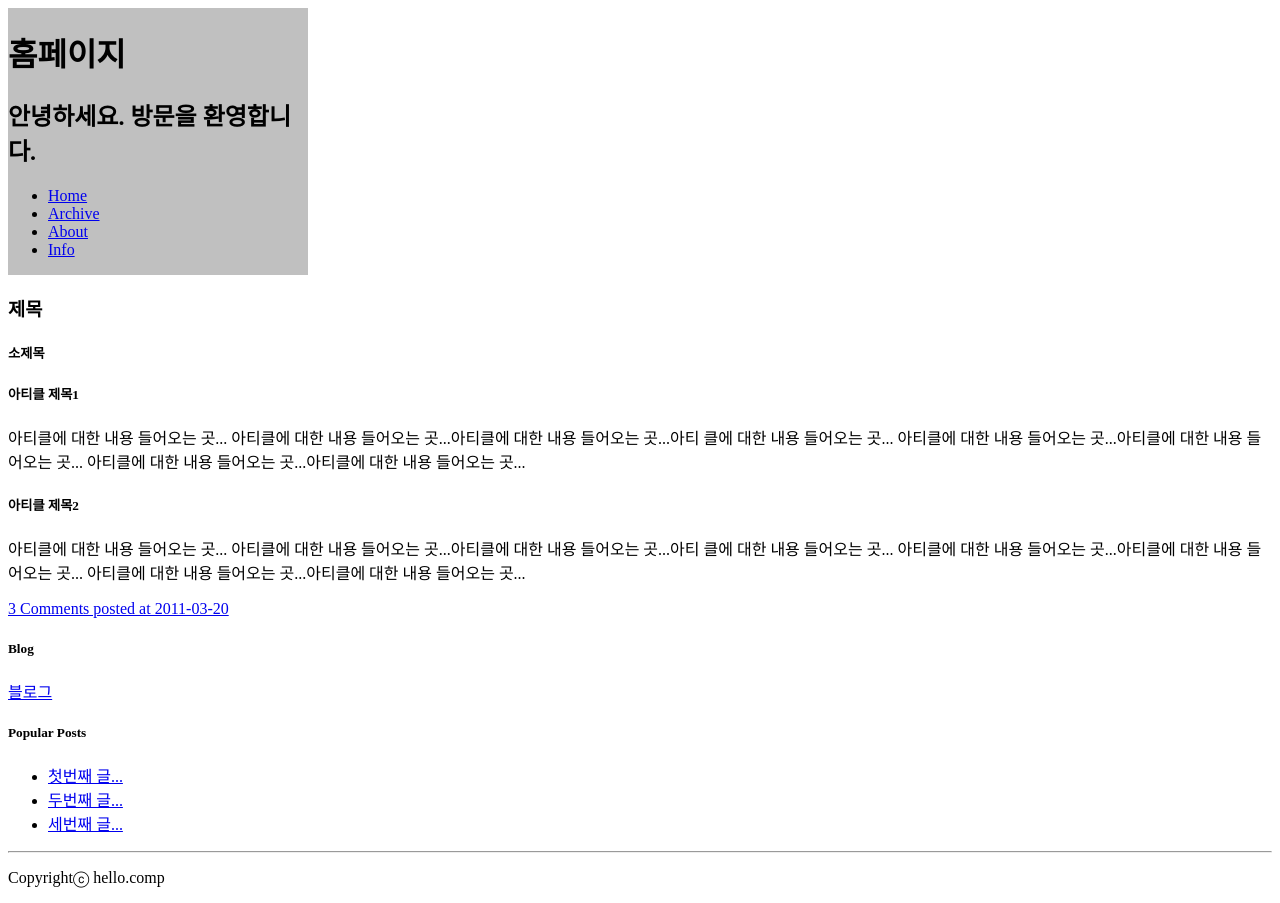
Repository: harin1212/PDA-frontend
Page: 김하린_0728_2/hw2.html
An editor plug-in stored every save of this project. The page is shown before and after the next save, followed by the edit.
The browser window is 1280 px wide. The pictures show the whole page.

Above is the page before, as saved 2023-07-28 17:06:27.

### 김하린_0728_2/hw2.html
<!DOCTYPE html>
<html lang="en">
<head>
    <meta charset="UTF-8">
    <meta name="viewport" content="width=device-width, initial-scale=1.0">
    <link rel="stylesheet" href="style/hw2.css">
    <title>HW2</title>
    <style>
        div.line{
            width: 200px;
            height: 10px;
            background-color: rgb(117, 107, 107);
        }
    </style>
</head>
<body>
    <header>
        <h1>홈페이지</h1>
        <h2>안녕하세요. 방문을 환영합니다.</h2>
        <nav>
            <ul>
                <li><a href="#">Home</a></li>
                <li><a href="#">Archive</a></li>
                <li><a href="#">About</a></li>
                <li><a href="#">Info</a></li>
            </ul>
        </nav>
    </header>

    <div>
        <h3>제목</h3>
        <h5>소제목</h5>

        <article>
            <section>
                <h5>아티클 제목1</h5>
                <p>아티클에 대한 내용 들어오는 곳...
                    아티클에 대한 내용 들어오는 곳...아티클에 대한 내용 들어오는 곳...아티
                    클에 대한 내용 들어오는 곳...
                    아티클에 대한 내용 들어오는 곳...아티클에 대한 내용 들어오는 곳...
                    아티클에 대한 내용 들어오는 곳...아티클에 대한 내용 들어오는 곳...
                </p>
            </section>
            <section>
                <h5>아티클 제목2</h5>
                <p>아티클에 대한 내용 들어오는 곳...
                    아티클에 대한 내용 들어오는 곳...아티클에 대한 내용 들어오는 곳...아티
                    클에 대한 내용 들어오는 곳...
                    아티클에 대한 내용 들어오는 곳...아티클에 대한 내용 들어오는 곳...
                    아티클에 대한 내용 들어오는 곳...아티클에 대한 내용 들어오는 곳...
                </p>
            </section>
            <a href="#">3 Comments posted at 2011-03-20</a>

        </article>

        <aside>
            <section>
                <h5>Blog</h5>
                <a href="#">블로그</a>
            </section>
            <section>
                <h5>Popular Posts</h5>
                <ul>
                    <li><a href="#">첫번째 글...</a></li>
                    <li><a href="#">두번째 글...</a></li>
                    <li><a href="#">세번째 글...</a></li>
                </ul>
            </section>

        </aside>
    </div>
    <hr>
    <footer>
        <p>Copyrightⓒ hello.comp</p>
    </footer>
</body>
</html>

### 김하린_0728_2/style/hw2.css
header{
    background-color: silver;
    width: 300px;
     display: inline-block;
}

After the next save:
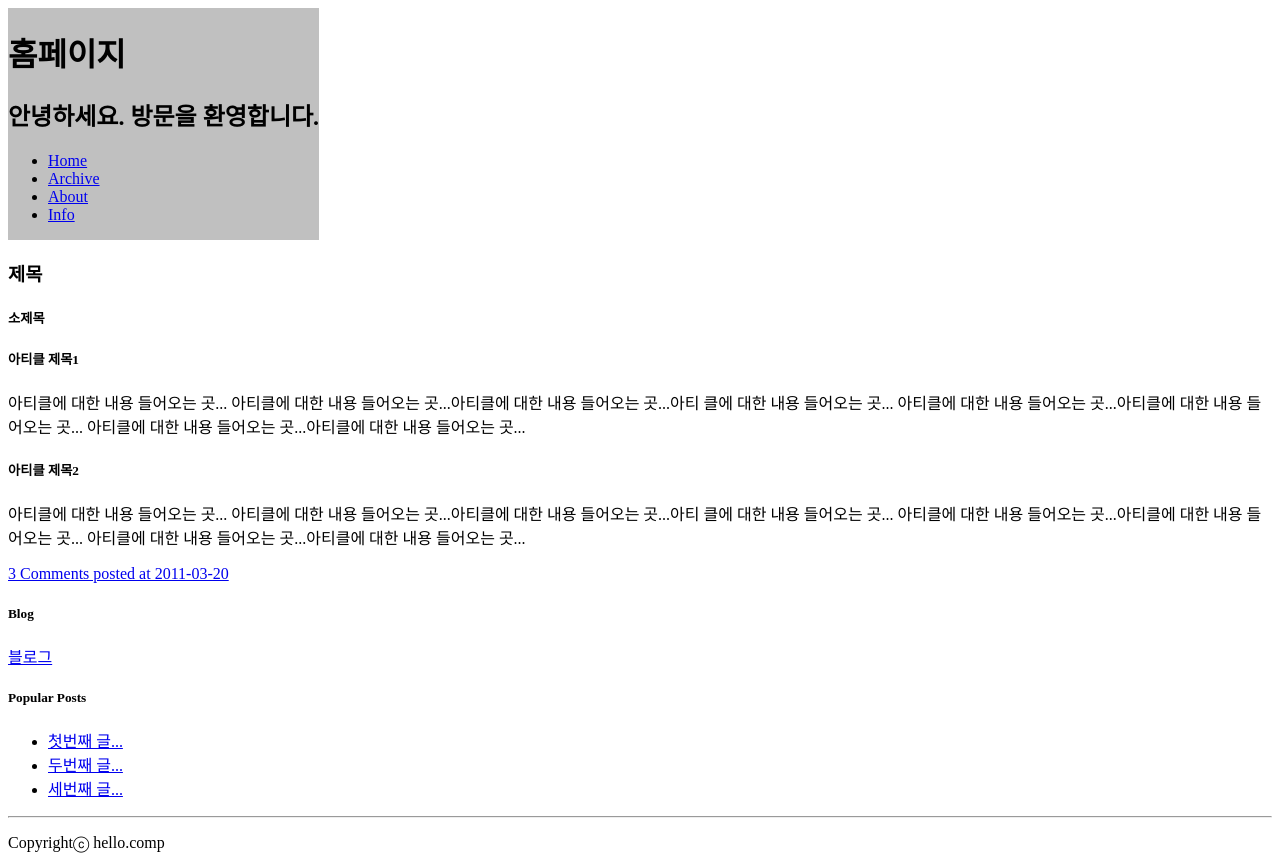
Saved 50 s later.
--- a/김하린_0728_2/style/hw2.css
+++ b/김하린_0728_2/style/hw2.css
@@ -1,5 +1,5 @@
 header{
     background-color: silver;
-    width: 300px;
+
      display: inline-block;
 }
